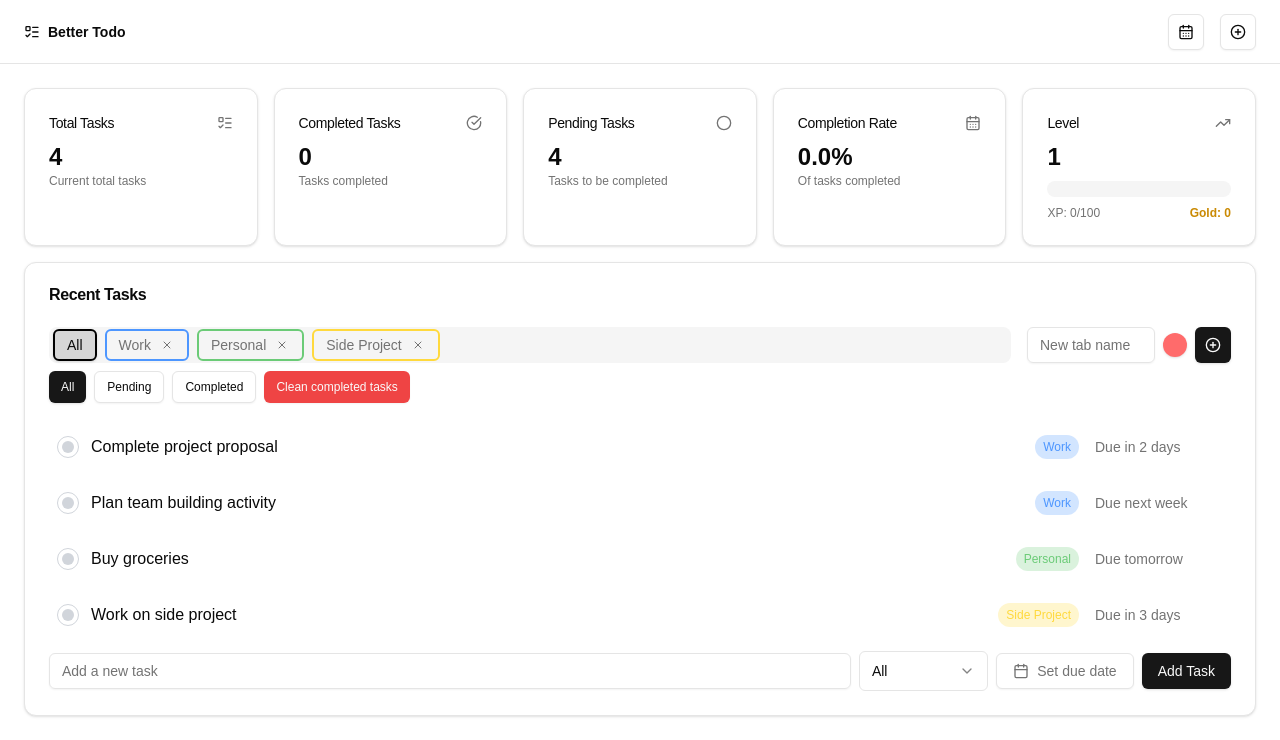
Repository: malikbarbier7/better-todo
Page: /dashboard
An editor plug-in stored every save of this project. The page is shown before and after the next save, followed by the edit.
The browser window is 1280 px wide. The pictures show the whole page.
The project was rebuilt for these pictures with package versions that can differ from the ones it lists, and the page was loaded fresh each time. The framework's server and built-in components were replaced by stand-ins that run in the browser. Also part of the build but not shown: next.config.js, next.config.mjs, components/ui/calendar.tsx.

Above is the page before, as saved 2024-10-04 14:51:07.

After the next save:
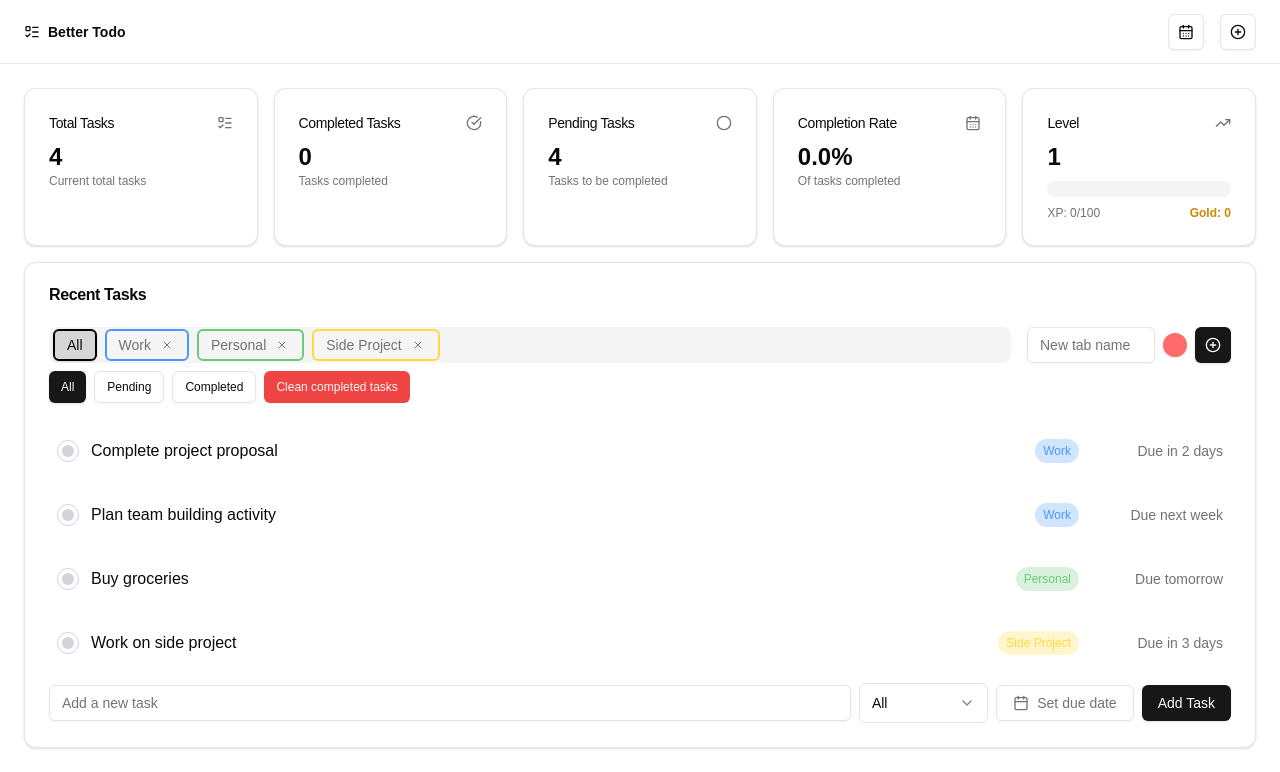
Saved 2 min 34 s later.
--- a/components/dashboard.tsx
+++ b/components/dashboard.tsx
@@ -460,7 +460,7 @@ export function Dashboard() {
                         {filteredTasks.map((task) => (
                           <div
                             key={task.id}
-                            className="flex items-center p-2 rounded-md"
+                            className="flex items-center p-2 rounded-md h-12" // Ajout d'une hauteur fixe
                           >
                             <div className="relative">
                               {task.status === 'completed' ? (
@@ -480,12 +480,12 @@ export function Dashboard() {
                               )}
                             </div>
                             <div className="flex items-center w-full">
-                              <span className={`ml-3 flex-1 ${task.status === 'completed' ? 'line-through' : ''}`}>
+                              <span className={`ml-3 flex-1 ${task.status === 'completed' ? 'line-through' : ''} overflow-hidden text-ellipsis whitespace-nowrap`}>
                                 {task.name}
                               </span>
                               <div className="flex items-center justify-end space-x-4 min-w-[300px]">
                                 <span
-                                  className="text-xs px-2 py-1 rounded-full"
+                                  className="text-xs px-2 py-1 rounded-full whitespace-nowrap"
                                   style={{
                                     backgroundColor: tabs.find(tab => tab.name === task.category)?.color + '40',
                                     color: tabs.find(tab => tab.name === task.category)?.color
@@ -493,7 +493,7 @@ export function Dashboard() {
                                 >
                                   {task.category}
                                 </span>
-                                <span className="text-sm text-muted-foreground w-32">{task.dueDate}</span>
+                                <span className="text-sm text-muted-foreground w-32 text-right whitespace-nowrap">{task.dueDate}</span>
                               </div>
                             </div>
                           </div>
